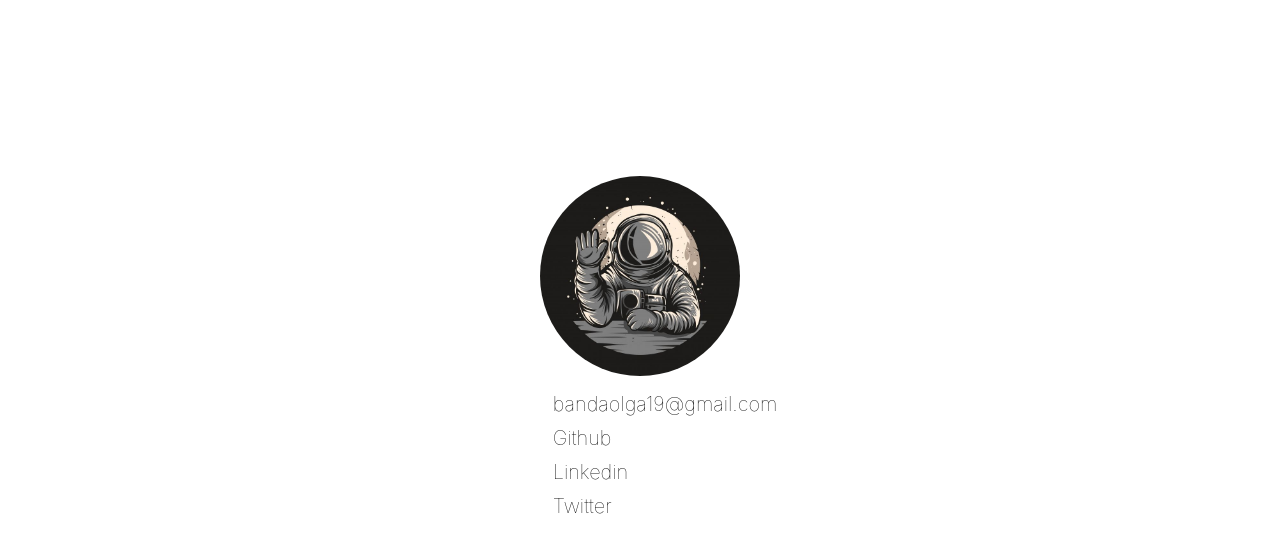
Repository: G1ft-Banda/My-portfolio-Website
Page: /
These files come from the project's save history. The page is drawn as it stood at one moment and after the next save; the edit follows.
The browser window is 1280 px wide. The pictures show the whole page.
The pointer rests on the first visible `.social-links > a`.
The project was rebuilt for these pictures with package versions that can differ from the ones it lists, and the page was loaded fresh each time. The framework's server and built-in components were replaced by stand-ins that run in the browser. Also part of the build but not shown: next.config.js.

Above is the page before, as saved 2022-09-29 11:02:52.

After the next save:
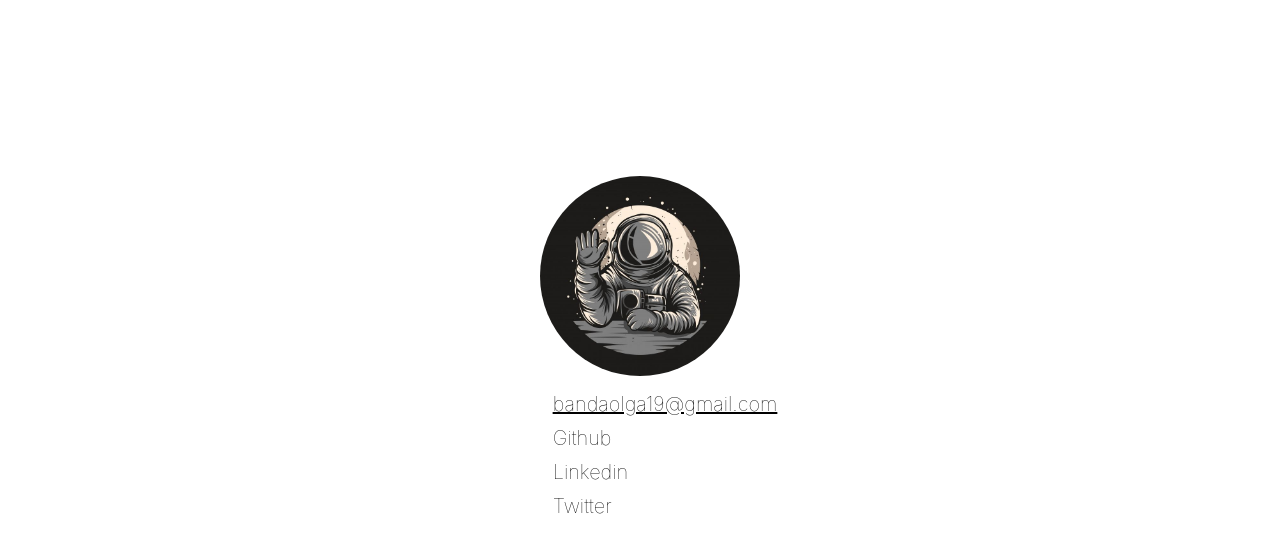
Saved 11 s later.
--- a/styles/globals.css
+++ b/styles/globals.css
@@ -43,6 +43,7 @@ main {
 }
 
 .social-links > a:hover {
+  text-decoration: underline;
 }
 
 @media (prefers-color-scheme: dark) {
